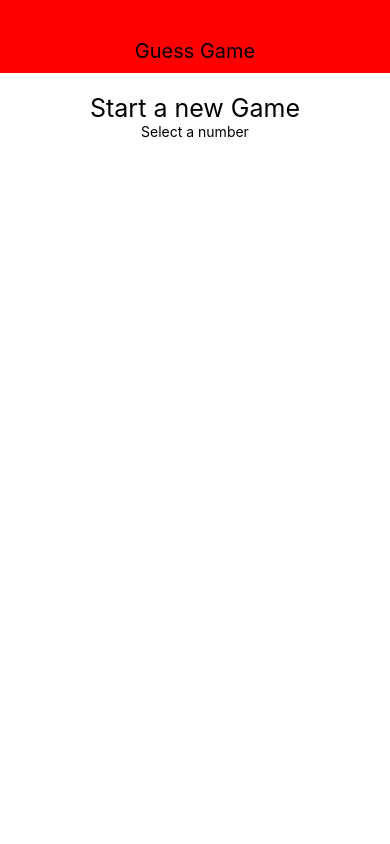
Repository: Celebration-cloud/Guess-number
Screen: /
An editor plug-in stored every save of this project. The screen is shown before and after a run of saves, followed by the edit.
The app was drawn by React Native's web renderer in a window 390 px wide. The project was rebuilt for these pictures with package versions that can differ from the ones it lists, and the page was loaded fresh each time.

Above is the screen before, as saved 2024-06-10 13:46:52.

After the next 11 saves:
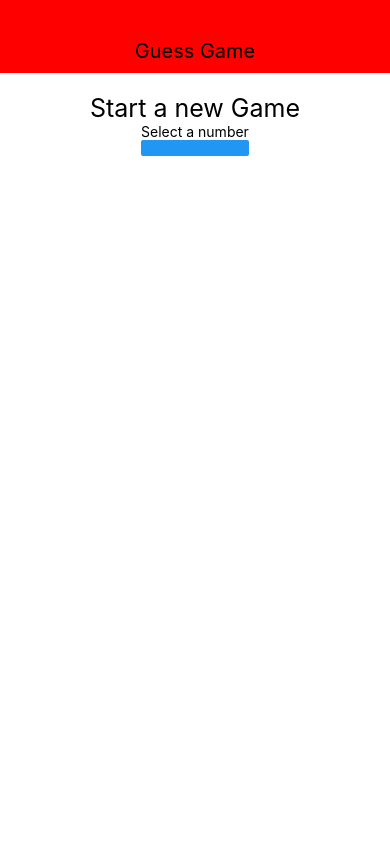
The 11 saves are shown as one change because they came seconds apart.
The last was saved 21 s later.
--- a/components/srceen/StartScreen.jsx
+++ b/components/srceen/StartScreen.jsx
@@ -1,5 +1,5 @@
 import React, { Component } from 'react'
-import { Text, StyleSheet, View } from 'react-native'
+import { Text, StyleSheet, View, Button } from 'react-native'
 
 export default function StartScreen() {
     return (
@@ -7,6 +7,9 @@ export default function StartScreen() {
         <Text style={styles.start}> Start a new Game </Text>
         <View>
             <Text>Select a number</Text>
+            <View>
+                <Button></Button>
+            </View>
         </View>
       </View>
     )
